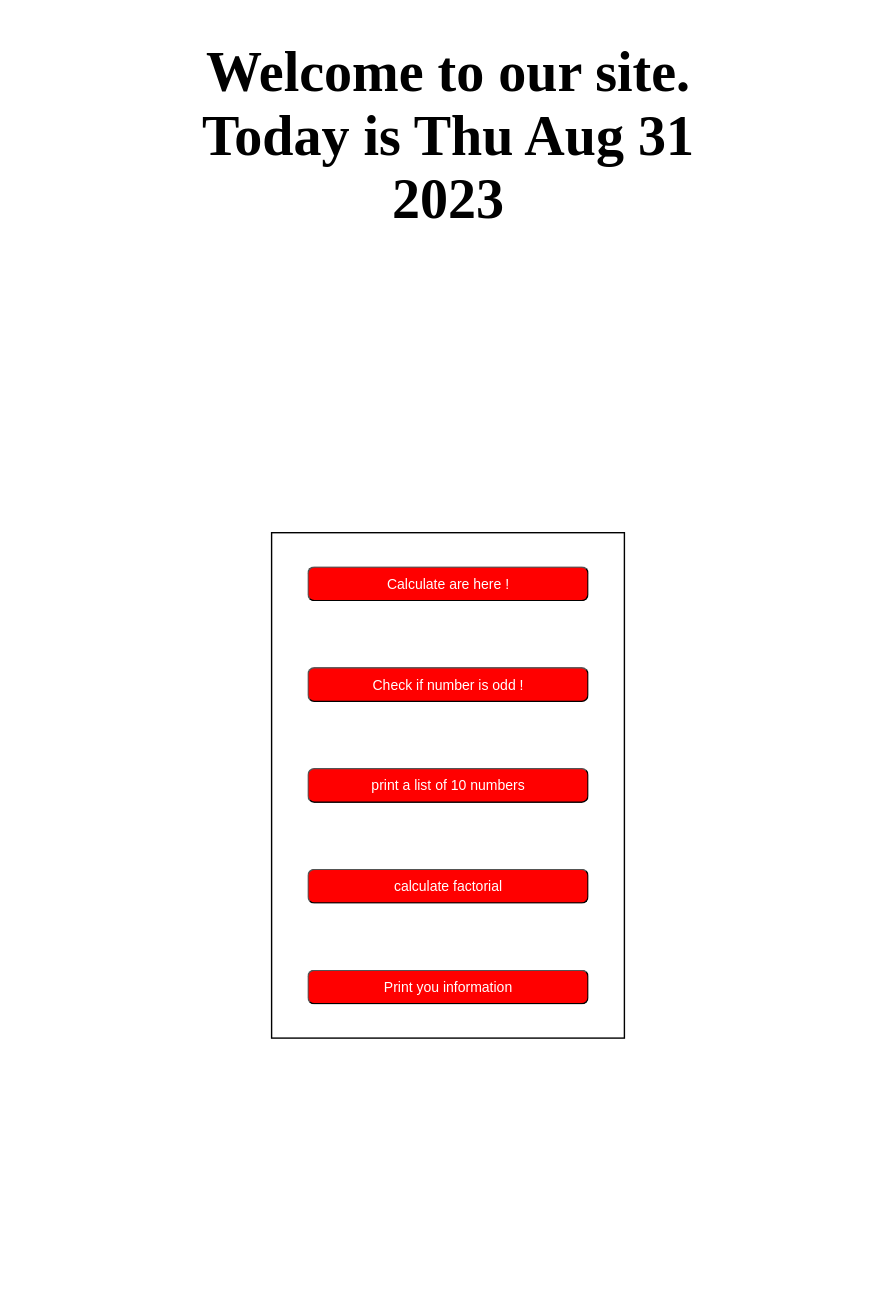
Repository: EMERIC237/codeFi-js
Page: week3/index.html
An editor plug-in stored every save of this project. The page is shown before and after the next save, followed by the edit.
The browser window is 1280 px wide. The pictures show the whole page, at 70% of full size.

Above is the page before, as saved 2023-08-31 20:23:35.

After the next save:
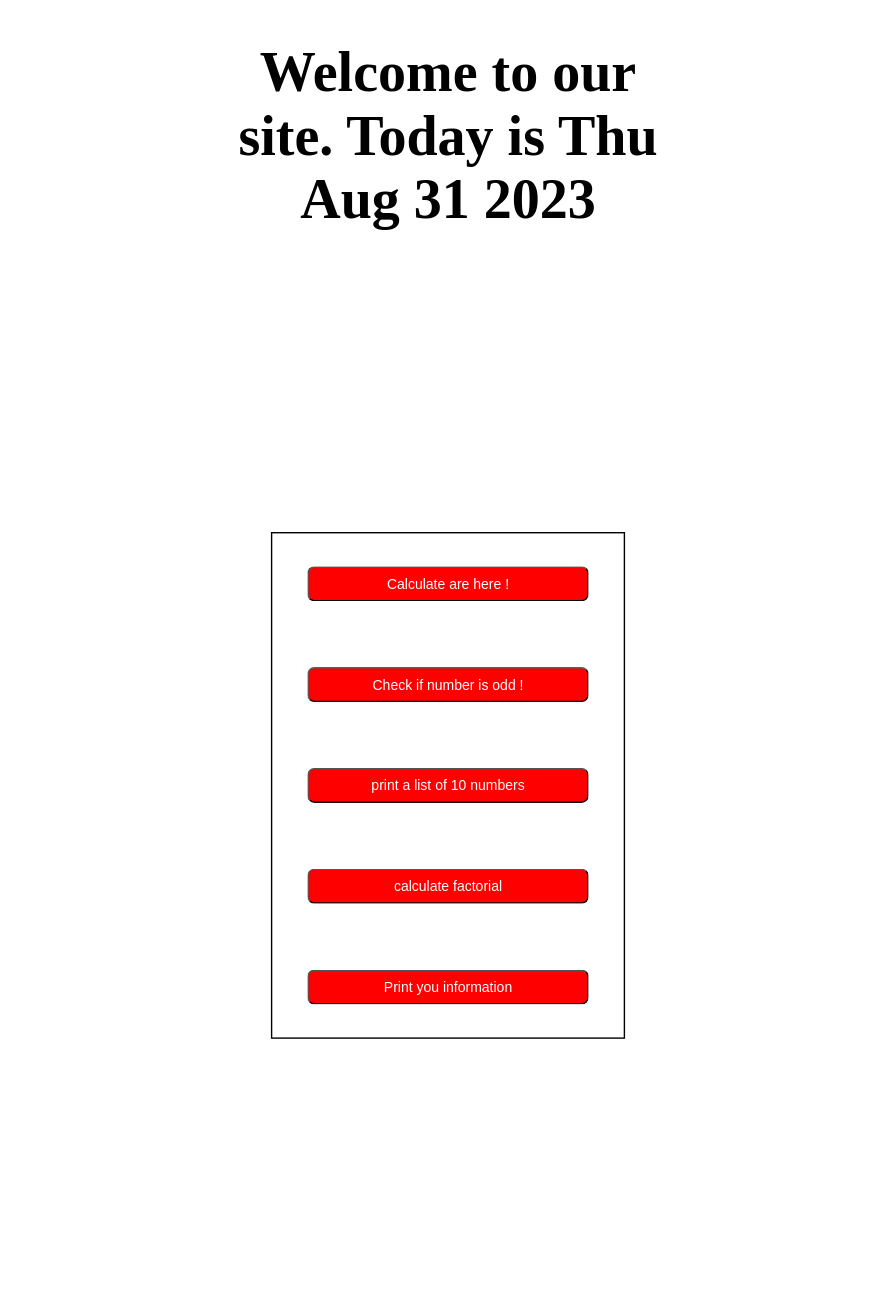
Saved 10 s later.
--- a/week3/index.html
+++ b/week3/index.html
@@ -11,7 +11,7 @@
         font-size: 5em;
         margin: auto;
         padding: 50px;
-        width: 60%;
+        width: 50%;
       }
       button {
         width: 80%;
